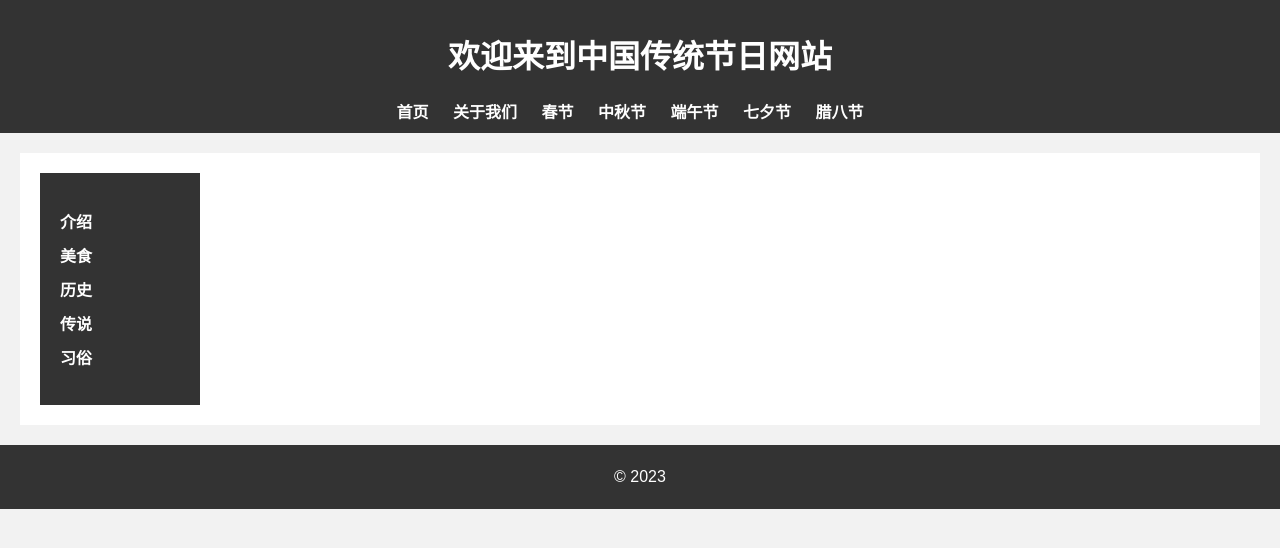
Repository: XueJie1/computer-operation-basics
Page: pages/midautumn/midautumnfestival.html
An editor plug-in stored every save of this project. The page is shown before and after the next save, followed by the edit.
The browser window is 1280 px wide. The pictures show the whole page.
Some web libraries are served in a nearby version.

Above is the page before, as saved 2023-09-02 21:33:19.

After the next save:
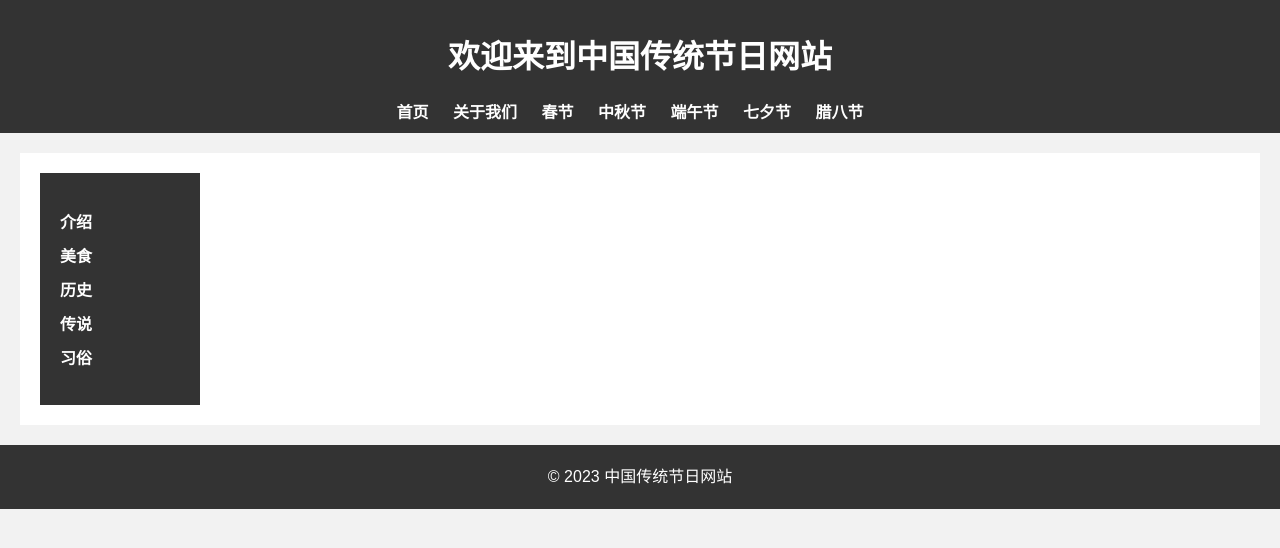
Saved 84 s later.
--- a/pages/midautumn/midautumnfestival.html
+++ b/pages/midautumn/midautumnfestival.html
@@ -70,10 +70,9 @@
     </main>
     </div>
 
-    <div class="footer">
-        <!-- 在这里包含网站的页脚部分，如版权信息等 -->
-        <p>&copy; 2023 </p>
-    </div>
+    <footer>
+        <p>&copy; 2023 中国传统节日网站</p>
+    </footer>
 
     <!-- <script src="https://code.jquery.com/jquery-3.6.0.min.js"></script>
     <script>
